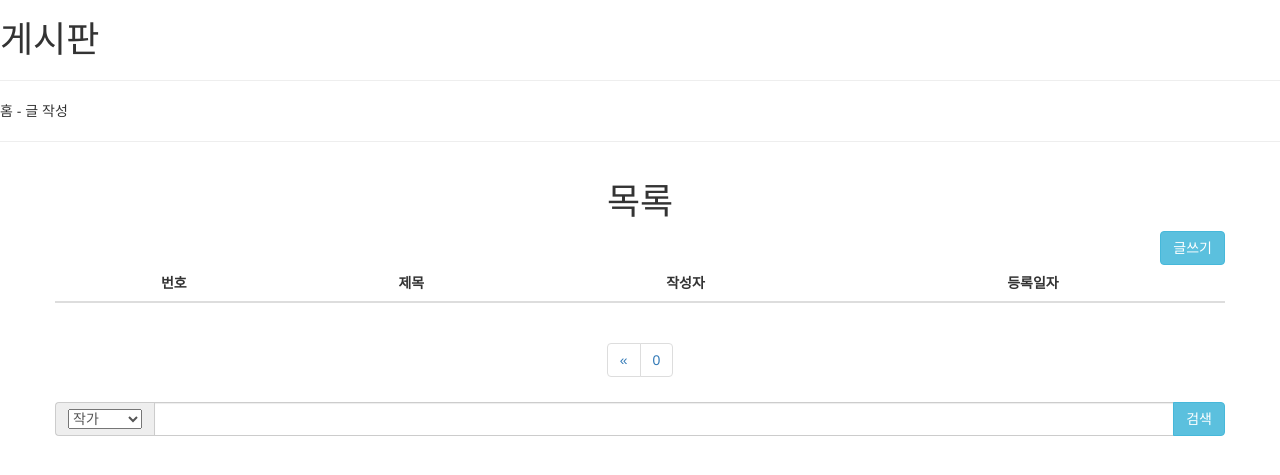
Repository: assa1092/MoonTest
Page: http://localhost/testBoard/WEB-INF/views/board/list.jsp
The author's editor kept a copy of each file at every save. The page is drawn from the files as they stood at one save, then again after the next save.
The browser window is 1280 px wide. The pictures show the whole page.
The page is served by Tomcat 9. Nobody is signed in. The template is opened directly, without the code that normally fills it, so the values that code supplies are empty.

Above is the page before, as saved 2020-12-18 05:21:42.

After the next save:
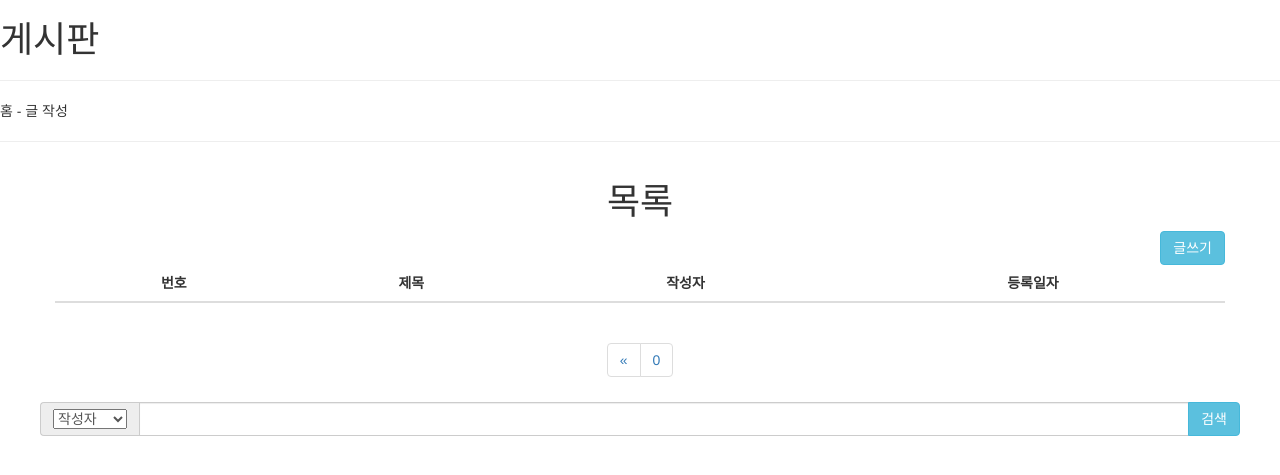
Saved 77 s later.
--- a/testBoard/src/main/webapp/WEB-INF/views/board/list.jsp
+++ b/testBoard/src/main/webapp/WEB-INF/views/board/list.jsp
@@ -112,14 +112,14 @@
 				</ul>
 				</div><!-- /페이징처리 -->
 
-
+				<div class="row">
 			<!-- target="_blank" 새로운 탭에서 창 열림....  -->
 			<form target="_blank" action="/board/searchlist" method="get">
 				<div class="input-group">
 					<span class="input-group-addon">
 						<select	name="searchType">
 							<option disabled>검색기준</option>
-							<option value="writer">작가</option>
+							<option value="writer">작성자</option>
 							<option value="title">제목</option>
 							<option value="content">내용</option>
 						</select>
@@ -132,7 +132,7 @@
 				</div>
 			</form>
 
-
+		</div>
 
 			<!-- </form> -->
 			</div>
